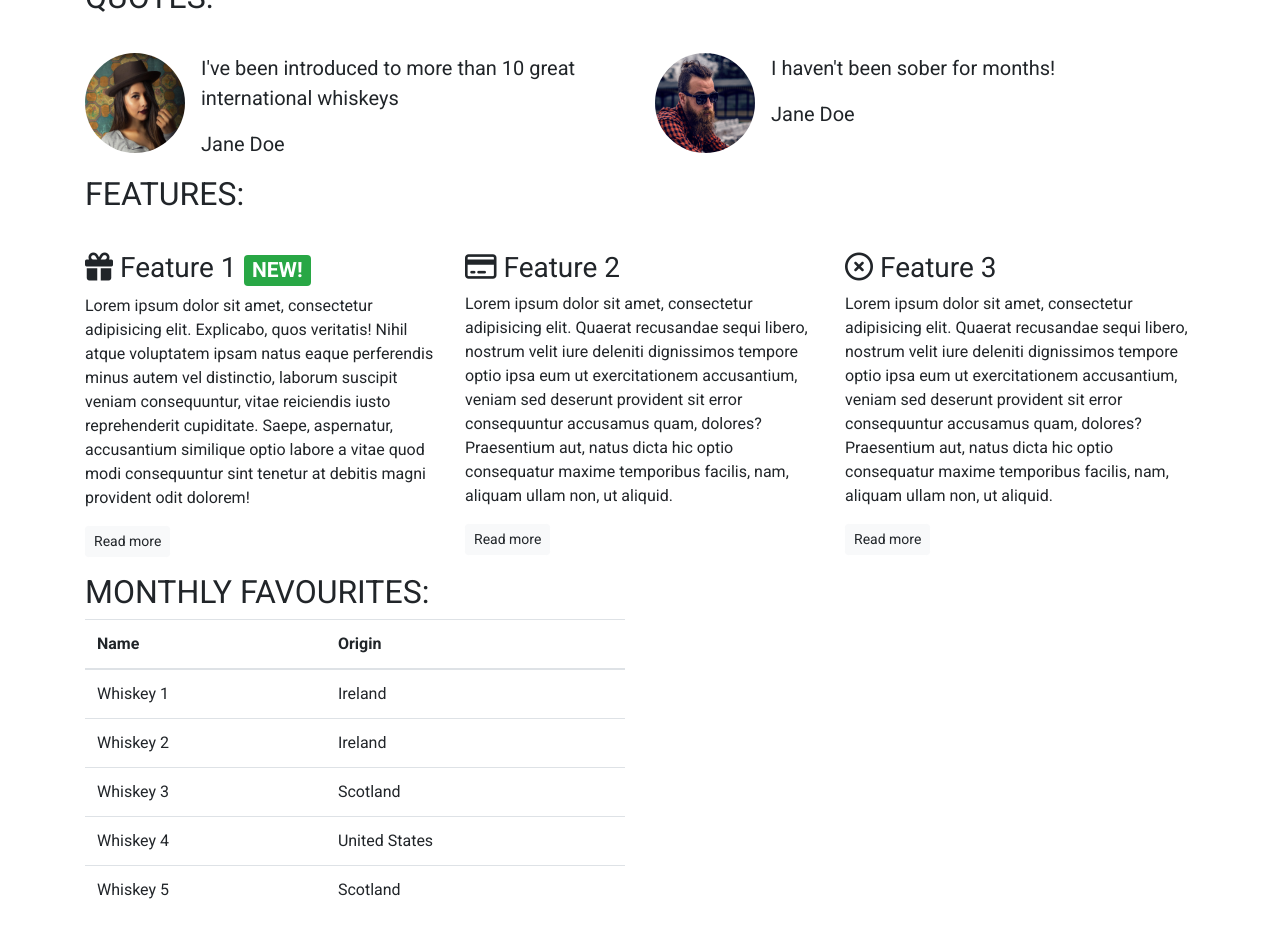
Repository: Sarani1612/whiskey-drop
Page: index.html
The author's editor kept a record of every edit. The page is drawn from the files as they stood at one moment, then again after the next edit.
The browser window is 1280 px wide. The pictures show the part of the page from y = 864 to 1816 px (the page is 1794 px tall before and 1822 px after).
Backgrounds fixed to the window are drawn as part of the page. Some web libraries are served in a nearby version.

Above is the page before.
Console error: TypeError: Cannot read properties of undefined (reading 'fn')

### index.html
<!DOCTYPE html>
<html lang="en">

<head>
    <meta charset="UTF-8">
    <meta name="viewport" content="width=device-width, initial-scale=1.0">
    <meta http-equiv="X-UA-Compatible" content="ie=edge">
    <link rel="stylesheet" href="https://stackpath.bootstrapcdn.com/bootstrap/4.3.1/css/bootstrap.min.css" integrity="sha384-ggOyR0iXCbMQv3Xipma34MD+dH/1fQ784/j6cY/iJTQUOhcWr7x9JvoRxT2MZw1T" crossorigin="anonymous">
    <script src="https://stackpath.bootstrapcdn.com/bootstrap/4.3.1/js/bootstrap.min.js" integrity="sha384-JjSmVgyd0p3pXB1rRibZUAYoIIy6OrQ6VrjIEaFf/nJGzIxFDsf4x0xIM+B07jRM" crossorigin="anonymous"></script>
    <script src="https://kit.fontawesome.com/f41741c87d.js"></script>
    <link href="https://fonts.googleapis.com/css?family=Roboto:400,700&display=swap" rel="stylesheet">
    <link rel="stylesheet" href="css/main.css" type="text/css" />
    <title>Whiskey Drop | Taste a new whiskey every month</title>
</head>

<body>
    <div class="container-fluid navalert-container">
        <div class="container-fluid alert-container">
            <div class="row d-none d-sm-block">
                <div class="col-12">
                    <div class="site-wide-alert alert alert-warning">
                        <strong>Sale Now On!</strong> We've got a sale on. Get a 12-month subscription for the price of 6!
                        <a href="/">See here for details</a>
                    </div>
                </div>
            </div>
        </div>

        <nav class="navbar navbar-dark navbar-expand-sm">
            <a href="/" class="navbar-brand">Whiskey Drop</a>

            <button class="navbar-toggler ml-auto" type="button" data-toggle="collapse" data-target="#navbarNavDropdown" aria-controls="navbarNavDropdown" aria-expanded="false" aria-label="Toggle navigation">
    <span class="navbar-toggler-icon"></span></button>

            <div class="collapse navbar-collapse" id="navbarNavDropdown">
                <ul class="navbar-nav mr-auto">
                    <li class="active nav-item mr-2"><a class="nav-link" href="/">Home</a></li>
                    <li class="nav-item mr-2"><a class="nav-link" href="">About</a></li>
                    <li class="nav-item dropdown">
                        <a class="nav-link dropdown-toggle" href="#" id="navbarDropdownMenuLink" role="button" data-toggle="dropdown" aria-haspopup="true" aria-expanded="false">
          Whiskeys
        </a>
                        <div class="dropdown-menu" aria-labelledby="navbarDropdownMenuLink">
                            <a class="dropdown-item" href="#">Irish</a>
                            <a class="dropdown-item" href="#">Scotch</a>
                            <a class="dropdown-item" href="#">Japanese</a>
                            <a class="dropdown-item" href="#">American</a>
                        </div>
                    </li>

                    <li class="nav-item mr-2 d-block d-sm-none"><a class="nav-link" href="">Sign In / Sign Up</a></li>
                </ul>
            </div>
            <div class="d-none d-md-block">
                <p class="navbar-text my-auto mr-2"><i>Great whiskey delivered to your door</i></p>
                <a href="/login" class="btn btn--cta btn--red">Sign In / Sign Up</a>
            </div>
        </nav>
    </div>

    <div class="container-fluid callout-container">
        <!-- Callout -->
        <div class="opaque-overlay">&nbsp;</div>
        <div class="row">
            <div class="col-12">
                <section class="callout jumbotron text-center">
                    <h1 class="jumbotron-header">The finest whiskeys delivered to your doorstep</h1>
                    <hr class="block-divider block-divider--orange">
                    <p class="lead">Sign up today to start receiving the world's best whiskeys every month.
                        <s class="d-none d-sm-inline">19.99€</s>
                        <span class="d-inline d-sm-none"><br></span>
                        <strong><mark>One is free!</mark></strong></p>
                    <button class="btn btn-lg btn--cta btn--red" data-toggle="modal" data-target="#signUpModal">Sign Up!</button>
                    <p class="text-muted"><small>You must be over 18 to sign up to our service. Pease drink responsibly.</small></p>
                </section>
            </div>
        </div>
        <!-- /.Callout -->
    </div>

    <!-- Quotes -->
    <div class="container-wrapper">
        <div class="container quotes-container content-container">
            <section class="quotes">
                <div class="row">
                    <div class="col-12 page-header">
                        <h2 class="text-uppercase">Quotes:</h2>
                        <hr class="block-divider block-divider--short">
                    </div>
                </div>
                <div class="row">
                    <div class="col-12 col-md-6">
                        <div class="media">
                            <div class="d-none d-sm-block">
                                <img src="Images/girl-image.png" class="rounded-circle mr-3" height=100 width=100>
                            </div>
                            <div class="media-body">
                                <blockquote class="blockquote">
                                    <p>I've been introduced to more than 10 great international whiskeys</p>
                                    <p>Jane Doe</p>
                                </blockquote>
                            </div>
                        </div>
                    </div>
                    <div class="col-12 col-md-6">
                        <div class="media">
                            <div class="d-none d-sm-block">
                                <img src="Images/guy-image.png" class="rounded-circle mr-3" height=100 width=100>
                            </div>
                            <div class="media-body">
                                <blockquote class="blockquote">
                                    <p>I haven't been sober for months!</p>
                                    <p>Jane Doe</p>
                                </blockquote>
                            </div>
                        </div>
                    </div>
                </div>
            </section>
            <!-- /.quotes -->
        </div>
    </div>

    <!-- Features -->
    <div class="container-wrapper container-wrapper--red">
        <div class="container features-container content-container">
            <section class="features">
                <div class="row">
                    <div class="col-12 page-header">
                        <h2 class="text-uppercase">Features:</h2>
                            <hr class="block-divider block-divider--short block-divider--white">
                    </div>
                </div>
                <div class="row">
                    <div class="col-12 col-md-6 col-lg-4">
                        <div class="feature">
                            <h3><i class="fas fa-gift d-none d-sm-inline"></i> Feature 1 <span class="badge badge-success">NEW!</span></h3>
                            <p>Lorem ipsum dolor sit amet, consectetur adipisicing elit. Explicabo, quos veritatis! Nihil atque voluptatem ipsam natus eaque perferendis minus autem vel distinctio, laborum suscipit veniam consequuntur, vitae reiciendis iusto
                                reprehenderit cupiditate. Saepe, aspernatur, accusantium similique optio labore a vitae quod modi consequuntur sint tenetur at debitis magni provident odit dolorem!</p>
                            <p><a class="btn btn-sm btn-light" href="">Read more</a></p>
                        </div>
                    </div>
                    <div class="col-12 col-md-6 col-lg-4">
                        <div class="feature">
                            <h3><i class="far fa-credit-card d-none d-sm-inline"></i> Feature 2</h3>
                            <p>Lorem ipsum dolor sit amet, consectetur adipisicing elit. Quaerat recusandae sequi libero, nostrum velit iure deleniti dignissimos tempore optio ipsa eum ut exercitationem accusantium, veniam sed deserunt provident sit error
                                consequuntur accusamus quam, dolores? Praesentium aut, natus dicta hic optio consequatur maxime temporibus facilis, nam, aliquam ullam non, ut aliquid.</p>
                            <p><a class="btn btn-sm btn-light" href="">Read more</a></p>
                        </div>
                    </div>
                    <div class="col-12 d-md-none d-lg-block col-lg-4">
                        <div class="feature">
                            <h3><i class="far fa-times-circle d-none d-sm-inline"></i> Feature 3</h3>
                            <p>Lorem ipsum dolor sit amet, consectetur adipisicing elit. Quaerat recusandae sequi libero, nostrum velit iure deleniti dignissimos tempore optio ipsa eum ut exercitationem accusantium, veniam sed deserunt provident sit error
                                consequuntur accusamus quam, dolores? Praesentium aut, natus dicta hic optio consequatur maxime temporibus facilis, nam, aliquam ullam non, ut aliquid.</p>
                            <p><a class="btn btn-sm btn-light" href="">Read more</a></p>
                        </div>
                    </div>
                </div>
            </section>
            <!-- /.Features -->
        </div>
    </div>

    <!-- Monthly Favourites -->
    <div class="container-wrapper">
        <div class="container monthly-container content-container">
            <section>
                <div class="row">
                    <div class="col-12 page-header">
                        <h2 class="text-uppercase">Monthly Favourites:</h2>
                    </div>
                </div>
                <div class="row">
                    <div class="col-6">
                        <table class="table">
                            <thead>
                                <tr>
                                    <th scope="col">Name</th>
                                    <th scope="col">Origin</th>
                                </tr>
                            </thead>
                            <tbody>
                                <tr>
                                    <td>Whiskey 1</td>
                                    <td>Ireland</td>
                                </tr>
                                <tr>
                                    <td>Whiskey 2</td>
                                    <td>Ireland</td>
                                </tr>
                                <tr>
                                    <td>Whiskey 3</td>
                                    <td>Scotland</td>
                                </tr>
                                <tr>
                                    <td>Whiskey 4</td>
                                    <td>United States</td>
                                </tr>
                                <tr>
                                    <td>Whiskey 5</td>
                                    <td>Scotland</td>
                                </tr>
                            </tbody>
                        </table>
                    </div>
                </div>
            </section>
        </div>
        <!-- /.Monthly favourites -->
    </div>

    <div class="modal" tabindex="-1" role="dialog" id="signUpModal">
        <div class="modal-dialog" role="document">
            <div class="modal-content">
                <div class="modal-header">
                    <h5 class="modal-title">Sign up to Whiskey Drop!</h5>
                    <button type="button" class="close" data-dismiss="modal" aria-label="Close">
          <span aria-hidden="true">&times;</span>
        </button>
                </div>
                <div class="modal-body">
                    <form>
                        <div class="form-group">
                            <label for="exampleInputEmail1">Email address</label>
                            <input type="email" class="form-control" id="exampleInputEmail1" aria-describedby="emailHelp" placeholder="Enter email">
                            <small id="emailHelp" class="form-text text-muted">We'll never share your email with anyone else.</small>
                        </div>
                        <div class="form-group">
                            <label for="password">Password</label>
                            <input type="password" class="form-control" id="password" placeholder="Password">
                        </div>
                        <div class="form-group">
                            <label for="repeatPassword">Repeat password</label>
                            <input type="password" class="form-control" id="repeatPassword" placeholder="Repeat password">
                        </div>
                        <button type="submit" class="btn btn-success">Submit</button>
                    </form>
                </div>
            </div>
        </div>
    </div>

    <script src="https://code.jquery.com/jquery-3.3.1.slim.min.js" integrity="sha384-q8i/X+965DzO0rT7abK41JStQIAqVgRVzpbzo5smXKp4YfRvH+8abtTE1Pi6jizo" crossorigin="anonymous"></script>
    <script src="https://cdnjs.cloudflare.com/ajax/libs/popper.js/1.14.7/umd/popper.min.js" integrity="sha384-UO2eT0CpHqdSJQ6hJty5KVphtPhzWj9WO1clHTMGa3JDZwrnQq4sF86dIHNDz0W1" crossorigin="anonymous"></script>
    <script src="https://stackpath.bootstrapcdn.com/bootstrap/4.3.1/js/bootstrap.min.js" integrity="sha384-JjSmVgyd0p3pXB1rRibZUAYoIIy6OrQ6VrjIEaFf/nJGzIxFDsf4x0xIM+B07jRM" crossorigin="anonymous"></script>
</body>

</html>

### css/main.css
body {
    font-family: 'Roboto', sans-serif;
}

.alert-container {

}

.callout-container {
    height: 100vh;
    background: url("../Images/american-whiskey-bourbon-bourbon-whiskey-750077.jpg") no-repeat bottom right fixed;
    -webkit-background-size: cover;
    -moz-background-size: cover;
    -o-background-size: cover;
    background-size: cover;

    display: flex;
    align-items: center;
    justify-content: center;
    position: relative;
}

.opaque-overlay{
    position: absolute;
    top: 0;
    left: 0;
    height: 100%;
    width: 100%;
    background-color: rgba(0,0,0,0.5);
}


.quotes-container {

}

.features-container {

}

/*Block dividers*/


hr {
    width: 75px;
    height: 5px;
    border: 0;
}

.block-divider-orange {
      background-color: #e6a328;
}

.block-divider-short {
    width: 35px;
}

/*Jumbotron */

.jumbotron {
    background-color: transparent;

}

.jumbotron-header {
    color: white;
    font-weight: bold;
    margin-bottom: 30px;
}

.jumbotron .lead {
    color: #f9dd8c;
    margin: 30px 0;
}

.jumbotron small {
    font-size: 60%;
    font-style: italic;
    color: #d0d0d0;
}

/*Buttons*/

.btn--cta {
    font-weight: bold;
    border-radius: 23px;
    width: 160px;
}

.btn--red {
    color: white;
    background-color: #e6a328;
    border-color: #e6a328;
}

.btn--red:hover,
.btn--red:active,
.btn--red:focus,
.btn--red:active:focus {
    background-color: #e6a328;
    border-color: #e6a328;

}

After the next edit:
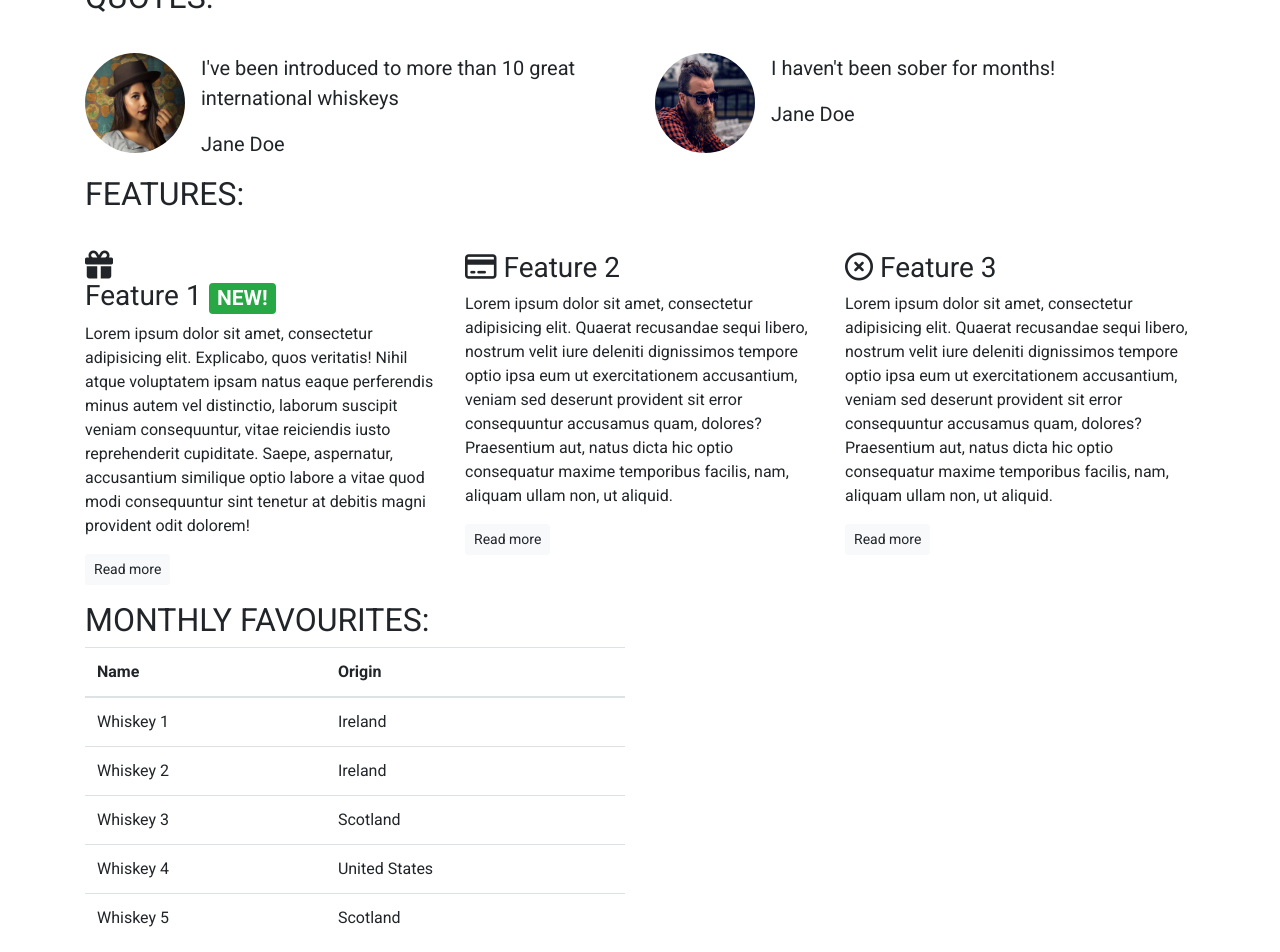
The edit:
--- a/index.html
+++ b/index.html
@@ -134,7 +134,7 @@
                 <div class="row">
                     <div class="col-12 col-md-6 col-lg-4">
                         <div class="feature">
-                            <h3><i class="fas fa-gift d-none d-sm-inline"></i> Feature 1 <span class="badge badge-success">NEW!</span></h3>
+                            <h3><i class="fas fa-gift d-none d-sm-block"></i> Feature 1 <span class="badge badge-success">NEW!</span></h3>
                             <p>Lorem ipsum dolor sit amet, consectetur adipisicing elit. Explicabo, quos veritatis! Nihil atque voluptatem ipsam natus eaque perferendis minus autem vel distinctio, laborum suscipit veniam consequuntur, vitae reiciendis iusto
                                 reprehenderit cupiditate. Saepe, aspernatur, accusantium similique optio labore a vitae quod modi consequuntur sint tenetur at debitis magni provident odit dolorem!</p>
                             <p><a class="btn btn-sm btn-light" href="">Read more</a></p>
